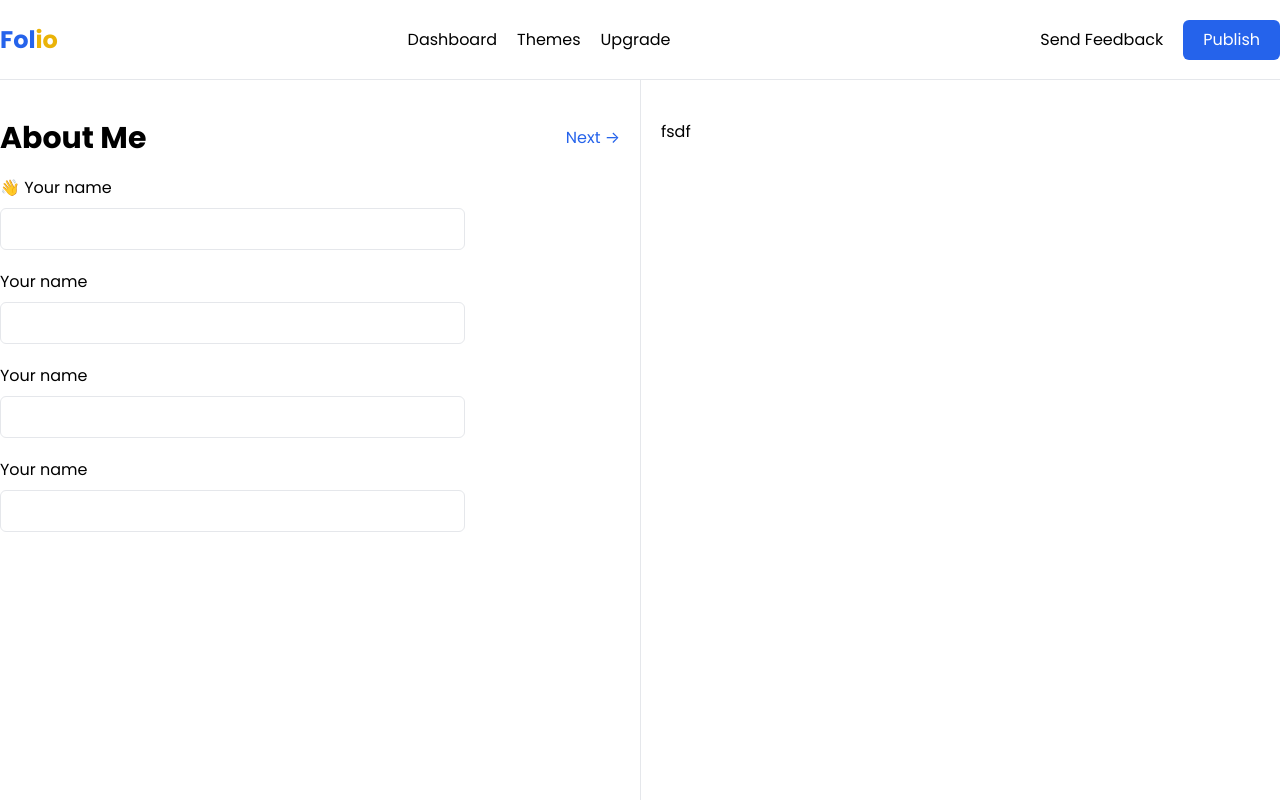
Repository: langford-dev/follio
Page: /
These files come from the project's save history. The page is drawn as it stood at one moment and after the next save; the edit follows.
The browser window is 1280 px wide. The pictures show the whole page.
The project was rebuilt for these pictures with package versions that can differ from the ones it lists, and the page was loaded fresh each time. The framework's server and built-in components were replaced by stand-ins that run in the browser. Also part of the build but not shown: next.config.js, components/pageView.js.

Above is the page before, as saved 2022-03-19 10:59:48.

### pages/_app.js
import { AppProvider } from '../context/context'
import '../styles/globals.css'

function MyApp({ Component, pageProps }) {
  return <AppProvider>
    <Component {...pageProps} />
  </AppProvider>
}

export default MyApp

### pages/index.js
import EditView from '../components/body'
import Header from '../components/header'

export default function Home() {
  return <div>
    <Header />
    <EditView />
  </div>
}

### context/context.js
import { createContext, useEffect } from "react"

export const AppContext = createContext()

export const AppProvider = ({ children }) => {
    return <AppContext.Provider>
        {children}
    </AppContext.Provider>
}

### styles/globals.css
@import url('https://fonts.googleapis.com/css2?family=Poppins:wght@300;400;500;600;700;800&display=swap');

@tailwind base;
@tailwind components;
@tailwind utilities;


html,
body {
  /* background: #e2e8f013; */
  padding: 0;
  margin: 0;
}

a {
  color: inherit;
  text-decoration: none;
}

* {
  box-sizing: border-box;
  font-family: "Poppins", -apple-system, BlinkMacSystemFont, Segoe UI, Roboto, Oxygen,
    Ubuntu, Cantarell, Fira Sans, Droid Sans, Helvetica Neue, sans-serif;
}

### components/body.js
import PageView from "./pageView"

const styles = {
    pageView: `m-auto max-w-screen-xl h-screen pt-20`,
    title: `text-3xl font-bold`,
    flexView: `flex h-screen`,
    editingView: `w-1/2 p-5 pt-10 pl-0`,
    preview: `border-l w-1/2 p-5 pt-10`,
    inputContainer: `flex flex-col mt-5`,
    input: `border p-2 outline-none mt-2 w-9/12 rounded-md`,
    label: ``,
    textButton: `text-blue-600 cursor-pointer`,
    pageTitleView: `flex items-center justify-between`,
}

const EditView = () => {
    return <div className={styles.pageView}>
        <div className={styles.flexView}>
            <div className={styles.editingView}>
                <div className={styles.pageTitleView}>
                    <p className={styles.title}>About Me</p>
                    <p className={styles.textButton}>Next &rarr;</p>
                </div>
                <div className={styles.inputContainer}>
                    <label className={styles.label}>👋 Your name</label>
                    <input type="text" className={styles.input} />
                </div>
                <div className={styles.inputContainer}>
                    <label className={styles.label}>Your name</label>
                    <input type="text" className={styles.input} />
                </div>
                <div className={styles.inputContainer}>
                    <label className={styles.label}>Your name</label>
                    <input type="text" className={styles.input} />
                </div>
                <div className={styles.inputContainer}>
                    <label className={styles.label}>Your name</label>
                    <input type="text" className={styles.input} />
                </div>
            </div>
            <div className={styles.preview}>fsdf</div>
        </div>
    </div>
}

export default EditView

### components/header.js
import Link from "next/link"
import Logo from "./logo"

const styles = {
    header: `border-b h-20 bg-white fixed w-screen top-0 left-0`,
    headerWrapper: `m-auto max-w-screen-xl h-full flex items-center justify-between`,
    button: `bg bg-blue-600 text-white h-10 px-5 flex items-center justify-center rounded-md cursor-pointer`,
    nav: `flex`,
    navLink: `mr-5 hover:text-blue-600 cursor-pointer`,
}

const Header = () => {
    return <header className={styles.header}>
        <div className={styles.headerWrapper}>
            <Logo />
            <nav className={styles.nav}>
                <Link passHref={true} href="/"><p className={styles.navLink}>Dashboard</p></Link>
                <Link passHref={true} href="/"><p className={styles.navLink}>Themes</p></Link>
                <Link passHref={true} href="/"><p className={styles.navLink}>Upgrade</p></Link>
            </nav>
            <div className="flex items-center">
                <p className="mr-5">Send Feedback</p>
                <div className={styles.button}>Publish</div>
            </div>
        </div>
    </header>
}

export default Header

### components/logo.js
const Logo = () => {
    return <p className="font-bold text-2xl text-blue-600">Fol<span className="text-yellow-500">io</span></p>
}

export default Logo

Loaded but not shown: tailwind.config.js (common file)

After the next save:
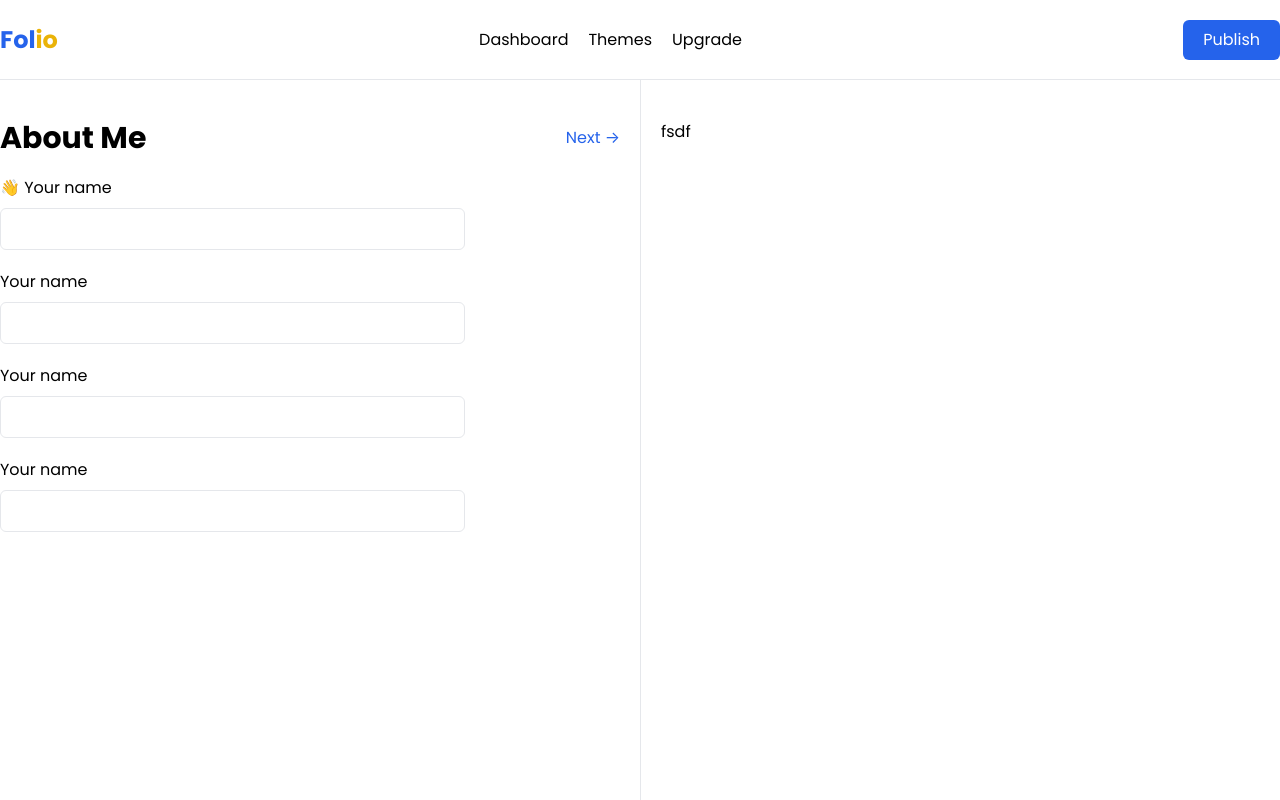
Saved 47 s later.
--- a/components/header.js
+++ b/components/header.js
@@ -19,7 +19,7 @@ const Header = () => {
                 <Link passHref={true} href="/"><p className={styles.navLink}>Upgrade</p></Link>
             </nav>
             <div className="flex items-center">
-                <p className="mr-5">Send Feedback</p>
+                {/* <p className="mr-5">Send Feedback</p> */}
                 <div className={styles.button}>Publish</div>
             </div>
         </div>
